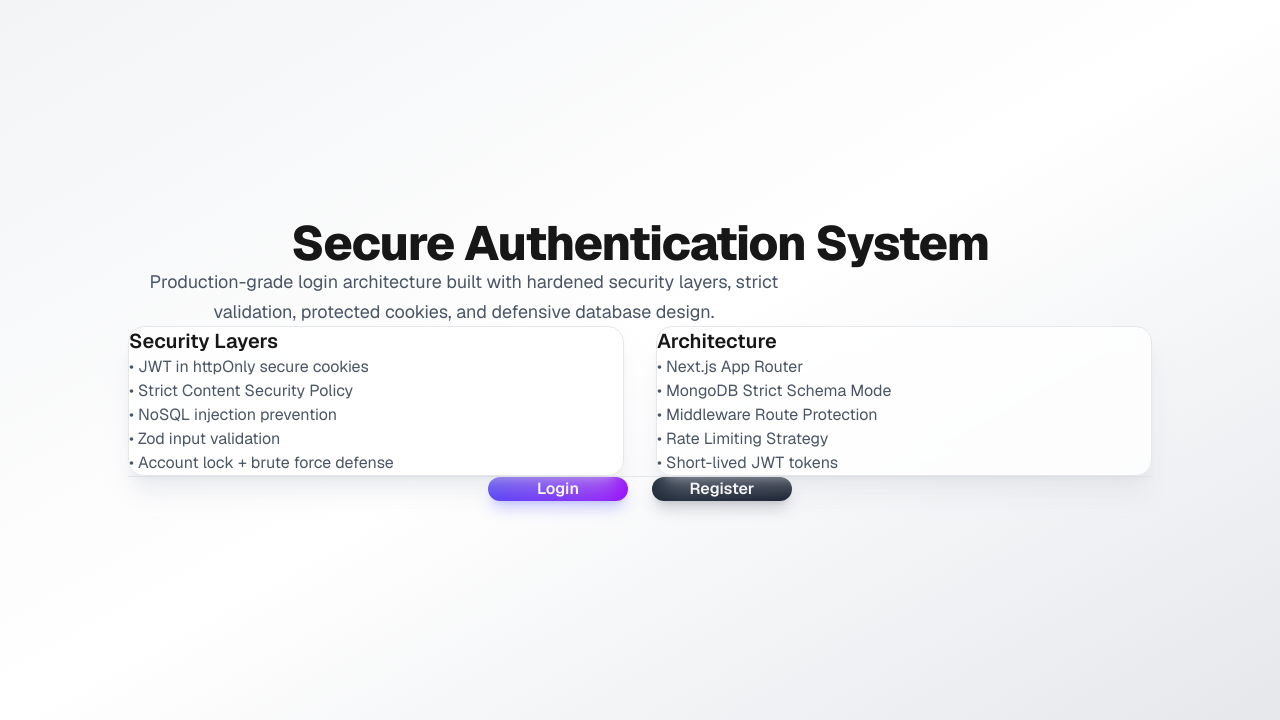
Repository: swastikjhacoder/secure-auth-app
Page: /
An editor plug-in stored every save of this project. The page is shown before and after the next save, followed by the edit.
The browser window is 1280 px wide. The pictures show the whole page.
The project was rebuilt for these pictures with package versions that can differ from the ones it lists, and the page was loaded fresh each time. The framework's server and built-in components were replaced by stand-ins that run in the browser. Also part of the build but not shown: next.config.mjs.

Above is the page before, as saved 2026-03-02 12:54:21.

After the next save:
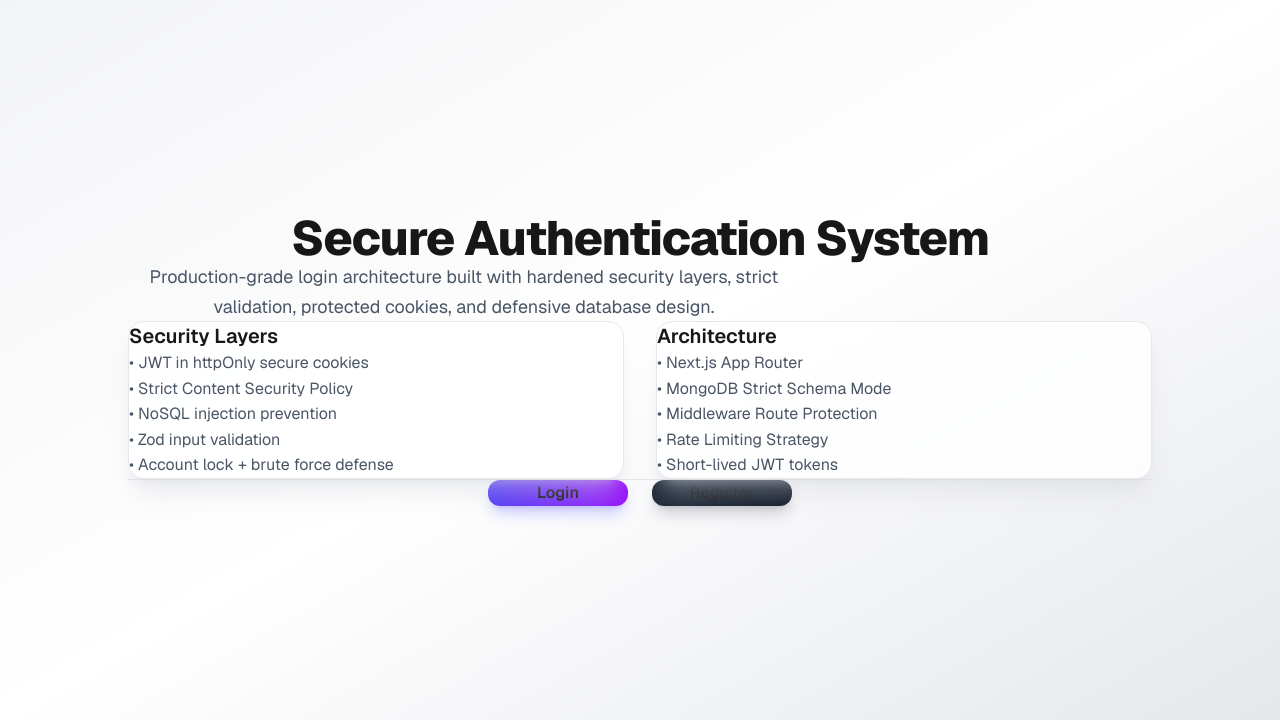
Saved 85 s later.
--- a/src/app/globals.css
+++ b/src/app/globals.css
@@ -1,39 +1,111 @@
 @import "tailwindcss";
 
+/* ===============================
+   Root Design Tokens
+================================= */
 :root {
   --background: #ffffff;
   --foreground: #171717;
+
+  --card: #ffffff;
+  --card-foreground: #111111;
+
+  --muted: #f4f4f5;
+  --border: #e4e4e7;
 }
 
+/* Dark Mode */
 @media (prefers-color-scheme: dark) {
   :root {
     --background: #0a0a0a;
     --foreground: #ededed;
+
+    --card: #111111;
+    --card-foreground: #f5f5f5;
+
+    --muted: #1c1c1f;
+    --border: #27272a;
   }
 }
 
+/* ===============================
+   Tailwind Theme Bridge
+================================= */
 @theme inline {
   --color-background: var(--background);
   --color-foreground: var(--foreground);
+  --color-card: var(--card);
+  --color-card-foreground: var(--card-foreground);
+  --color-muted: var(--muted);
+  --color-border: var(--border);
+
   --font-sans: var(--font-geist-sans);
   --font-mono: var(--font-geist-mono);
 }
 
+/* ===============================
+   Global Reset
+================================= */
+*,
+*::before,
+*::after {
+  box-sizing: border-box;
+}
+
 * {
-  box-sizing: border-box;
   margin: 0;
   padding: 0;
+}
+
+/* ===============================
+   Base Layout
+================================= */
+html {
+  scroll-behavior: smooth;
+}
+
+html,
+body {
+  overflow-x: hidden;
+  min-height: 100%;
 }
 
 body {
   background: var(--background);
   color: var(--foreground);
   font-family: var(--font-geist-sans), system-ui, sans-serif;
-  min-height: 100vh;
+  line-height: 1.6;
   text-rendering: optimizeLegibility;
   -webkit-font-smoothing: antialiased;
 }
 
-html, body {
-  overflow-x: hidden;
+/* ===============================
+   Better Defaults
+================================= */
+
+/* Remove default button styles */
+button {
+  background: none;
+  border: none;
+  cursor: pointer;
+  font: inherit;
 }
+
+/* Improve link behavior */
+a {
+  text-decoration: none;
+  color: inherit;
+}
+
+/* Improve form controls */
+input,
+textarea,
+select {
+  font: inherit;
+}
+
+/* Improve focus visibility (important for accessibility) */
+:focus-visible {
+  outline: 2px solid #6366f1;
+  outline-offset: 2px;
+}
